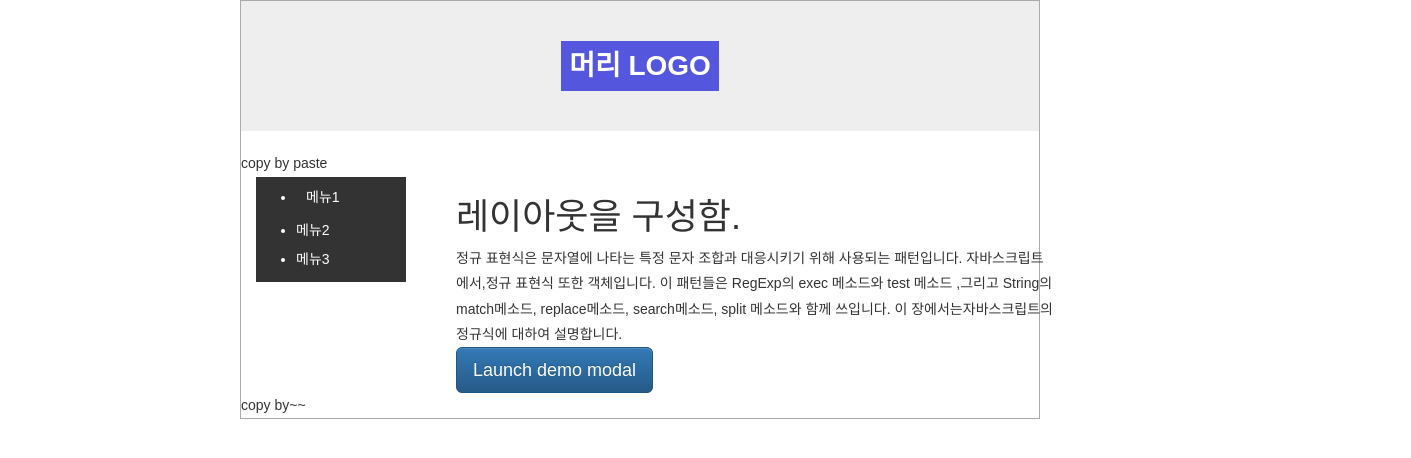
Repository: yoojisoo/YONSAI
Page: http://localhost/teatJava/
The author's editor kept a copy of each file at every save. The page is drawn from the files as they stood at one save, then again after the next save.
The browser window is 1280 px wide. The page is 1411 px wide, so the pictures cover 1411 px, including what lies to the right of the window. The pictures show the whole page.
The page is served by Tomcat 9.

Above is the page before, as saved 2021-08-23 06:28:06.

### jsworkspace/teatJava/src/main/webapp/index.jsp
<%@ page language="java" contentType="text/html; charset=UTF-8"
	pageEncoding="UTF-8"%>
<!DOCTYPE html>
<html>
<head>
<meta charset="UTF-8">
<title>웹 페이지 레이아웃</title>
<script src="js/jquery-3.6.0.js"></script>

<!-- 합쳐지고 최소화된 최신 CSS -->
<link rel="stylesheet"
	href="https://maxcdn.bootstrapcdn.com/bootstrap/3.3.2/css/bootstrap.min.css">

<!-- 부가적인 테마 -->
<link rel="stylesheet"
	href="https://maxcdn.bootstrapcdn.com/bootstrap/3.3.2/css/bootstrap-theme.min.css">

<!-- 합쳐지고 최소화된 최신 자바스크립트 -->
<script
	src="https://maxcdn.bootstrapcdn.com/bootstrap/3.3.2/js/bootstrap.min.js"></script>

<style>
body {
	font: 14px/1.8 Arial, Helvetica, sans-serif;
}

.frame {
	width: 800px;
	margin: 0 auto;
	border: 1px solid #aaa;
}

.header {
	padding: 40px 10px;
	text-align: center;
	background: #eee;
	margin-bottom: 20px;
}

.logo {
	font-size: 2em;
	font-weight: bold;
	background: #5457de;
	color: #fff;
	display: inline-block;
	padding: 0 8px;
}

.container {
	overflow: hidden;
}

.nav {
	float: left;
	width: 150px;
	background: #333;
	color: #fff;
	margin-right: 50px;
}

.nav-list {
	list-style: none;
	margin: 0;
	padding: 10px 0;
}

.nav-item {
	margin: 4px 0;
}

.nav-link {
	display: block;
	text-decoration: none;
	color: #fff;
	padding: 4px 10px;
}

.nav-link:hover {
	background: #5457de;
}

.content {
	float: left;
	width: 600px;
}

.footer {
	text-align: center;
	border-top: 1px solid #aaa;
	margin: 20px 20px 0;
	font-size: 12px;
}
</style>
</head>
<body>
	<div class="frame">
		<jsp:include page="include/header.jsp"></jsp:include>
		<div class="container">
			<div class="nav">
				<ul>
					<li class="nav-item"><a href="#" class="nav-link">메뉴1</a></li>
					<li class="nav-item">메뉴2</li>
					<li class="nav-item">메뉴3</li>
				</ul>
			</div>
			<div class="content">
				<h1>레이아웃을 구성함.</h1>
				<div>정규 표현식은 문자열에 나타는 특정 문자 조합과 대응시키기 위해 사용되는 패턴입니다. 자바스크립트에서,정규 	표현식 또한 객체입니다. 이 패턴들은 RegExp의 exec 메소드와 test 메소드 ,그리고 String의 match메소드, replace메소드, search메소드, split 메소드와 함께 쓰입니다. 이 장에서는자바스크립트의 정규식에 대하여 설명합니다.</div>
			<!-- Button trigger modal -->
			<button type="button" class="btn btn-primary btn-lg"
				data-toggle="modal" data-target="#myModal">Launch demo	modal</button>
			<!-- 모 -->
			</div>

			<!-- Modal -->
			<div class="modal fade" id="myModal" tabindex="-1" role="dialog"
				aria-labelledby="myModalLabel" aria-hidden="true">
				<div class="modal-dialog">
					<div class="modal-content">
						<div class="modal-header">
							<button type="button" class="close" data-dismiss="modal"
								aria-label="Close">
								<span aria-hidden="true">&times;</span>
							</button>
							<h4 class="modal-title" id="myModalLabel">제목</h4>
						</div>
						<div class="modal-body">내용 내용</div>
						<div class="modal-footer">
							<button type="button" class="btn btn-default"
								data-dismiss="modal">Close</button>
							<button type="button" class="btn btn-primary">Save
								changes</button>
						</div>
					</div>
				</div>
			</div>
		</div>
		<jsp:include page="include/foot.jsp"></jsp:include>
	</div>
</body>
</html>

### jsworkspace/teatJava/src/main/webapp/include/header.jsp

<div class = "header"><span class="logo">머리 LOGO</span></div>
<%@ page language="java" contentType="text/html; charset=UTF-8"
    pageEncoding="UTF-8"%>

<div class = "foot">
   copy by paste
</div>

### jsworkspace/teatJava/src/main/webapp/include/foot.jsp
<%@ page language="java" contentType="text/html; charset=UTF-8"
    pageEncoding="UTF-8"%>
				<div class="foot">
				copy by~~
				</div>

Loaded but not shown: jsworkspace/teatJava/src/main/webapp/js/jquery-3.6.0.js (library)

After the next save:
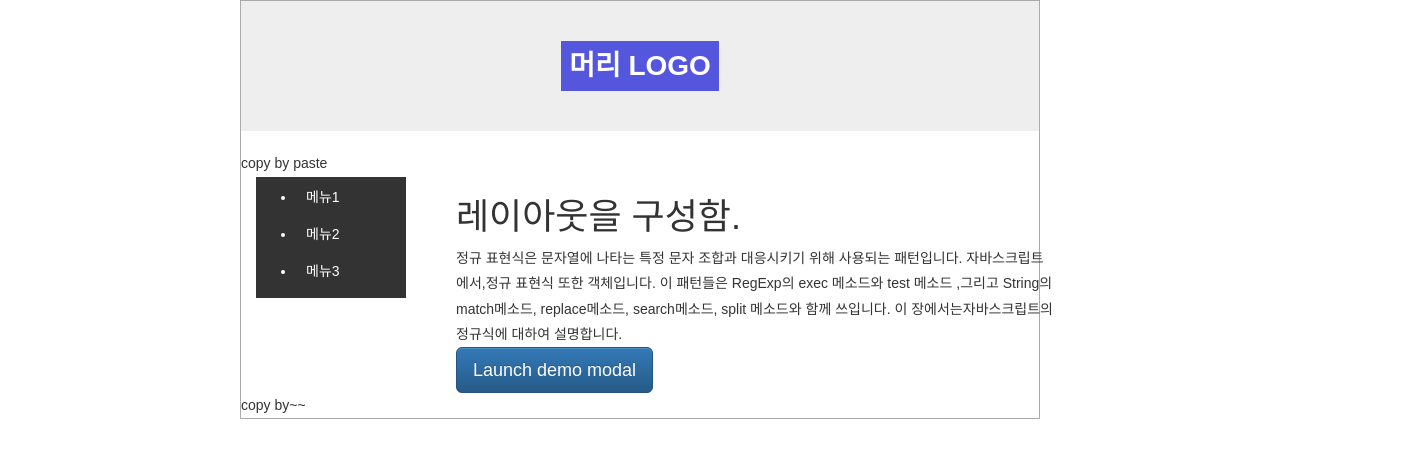
Saved 50 s later.
--- a/jsworkspace/teatJava/src/main/webapp/index.jsp
+++ b/jsworkspace/teatJava/src/main/webapp/index.jsp
@@ -99,8 +99,8 @@ body {
 			<div class="nav">
 				<ul>
 					<li class="nav-item"><a href="#" class="nav-link">메뉴1</a></li>
-					<li class="nav-item">메뉴2</li>
-					<li class="nav-item">메뉴3</li>
+					<li class="nav-item"><a href="#" class="nav-link">메뉴2</a></li>
+					<li class="nav-item"><a href="#" class="nav-link">메뉴3</a></li>
 				</ul>
 			</div>
 			<div class="content">
